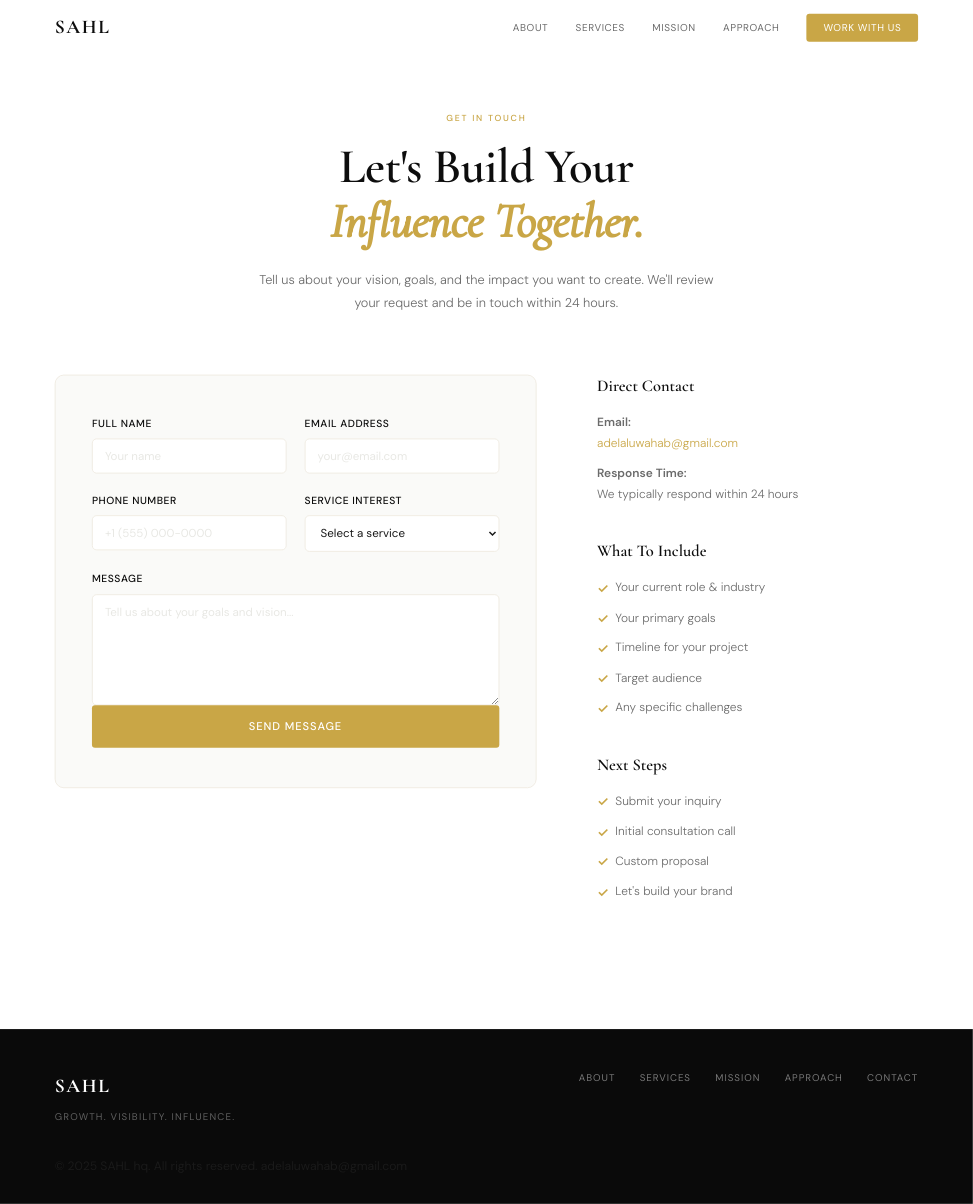
Repository: Olamilekan5177/sahl
Page: contact.html
An editor plug-in stored every save of this project. The page is shown before and after the next save, followed by the edit.
The browser window is 1280 px wide. The pictures show the whole page, at 76% of full size.

Above is the page before, as saved 2026-03-28 10:17:06.

After the next save:
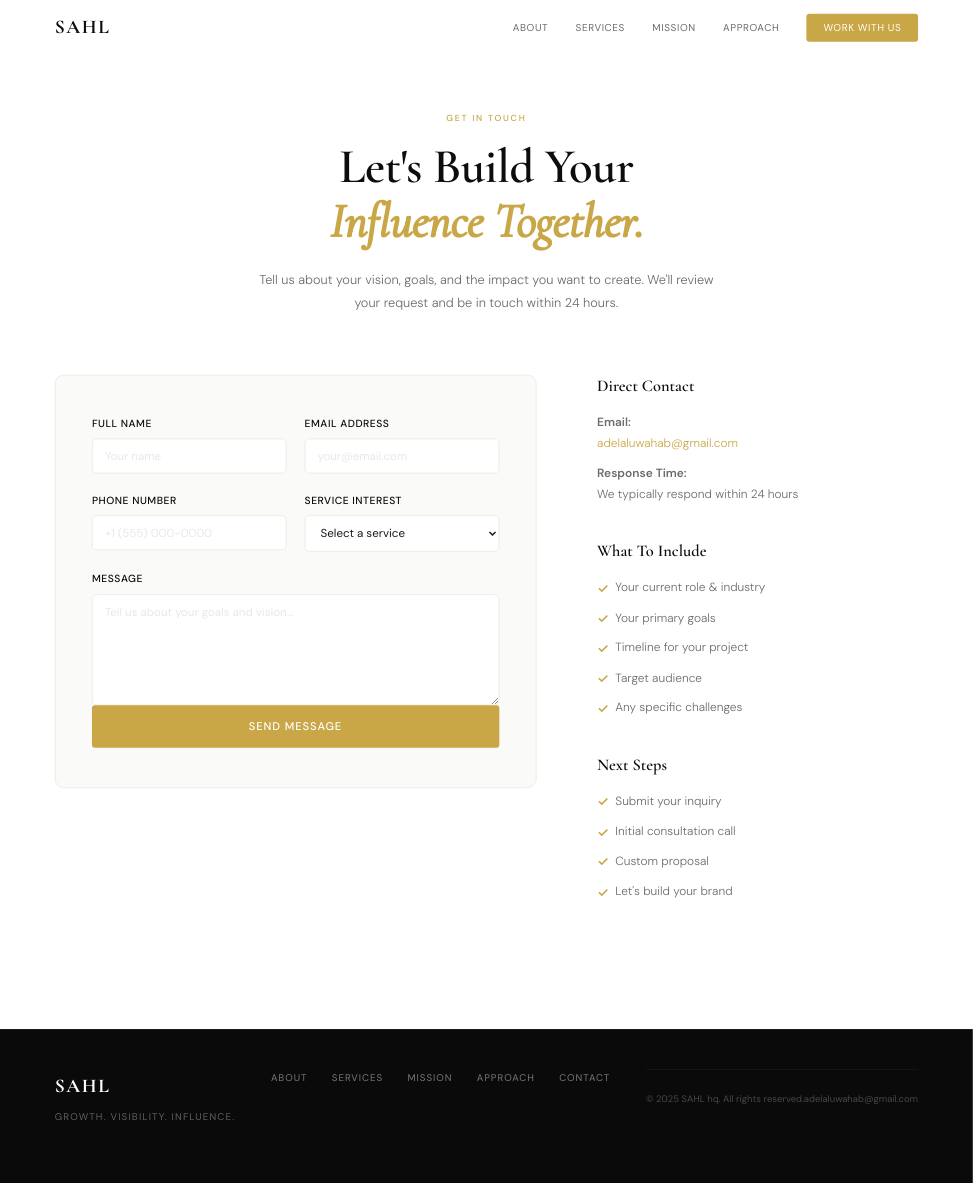
Saved 9 s later.
--- a/contact.html
+++ b/contact.html
@@ -189,8 +189,7 @@
             <a href="index.html#culture">Approach</a>
             <a href="contact.html">Contact</a>
           </div>
-        </div>
-        <div claadelaluwahab@gmailom">
+        <div class="footer__bottom">
           <span>© 2025 SAHL hq. All rights reserved.</span>
           <span>adelaluwahab@gmail.com</span>
         </div>
